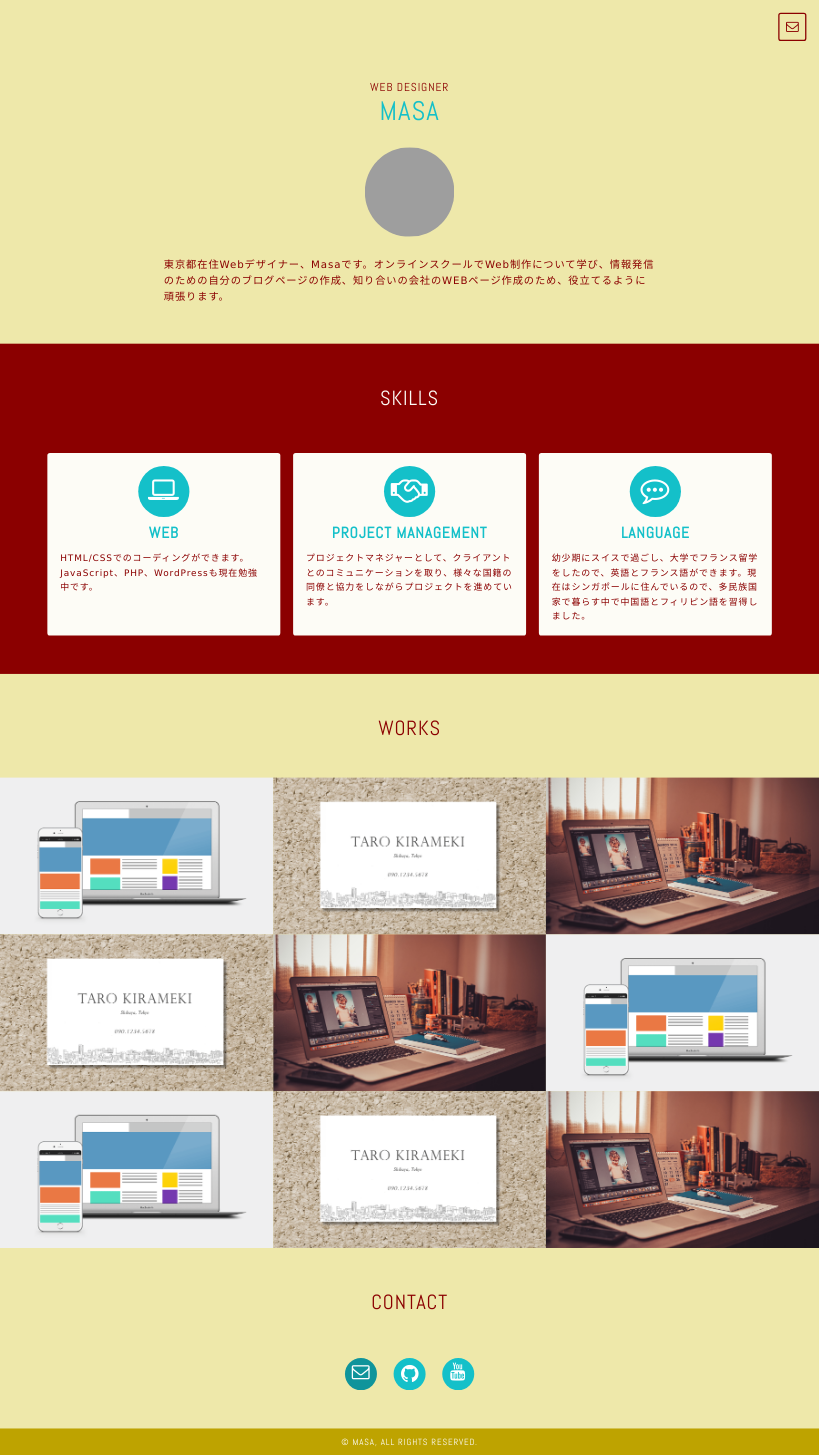
Repository: mochiai0908/maasa
Page: portofolio/index.html
The author's editor kept a record of every edit. The page is drawn from the files as they stood at one moment, then again after the next edit.
The browser window is 1280 px wide. The pictures show the whole page, at 64% of full size.
The pointer rests on the first visible `#contact ul a`.
Pictures or frames that could not be fetched are drawn as grey boxes. Some web libraries are served in a nearby version.

Above is the page before.

After the next edit:
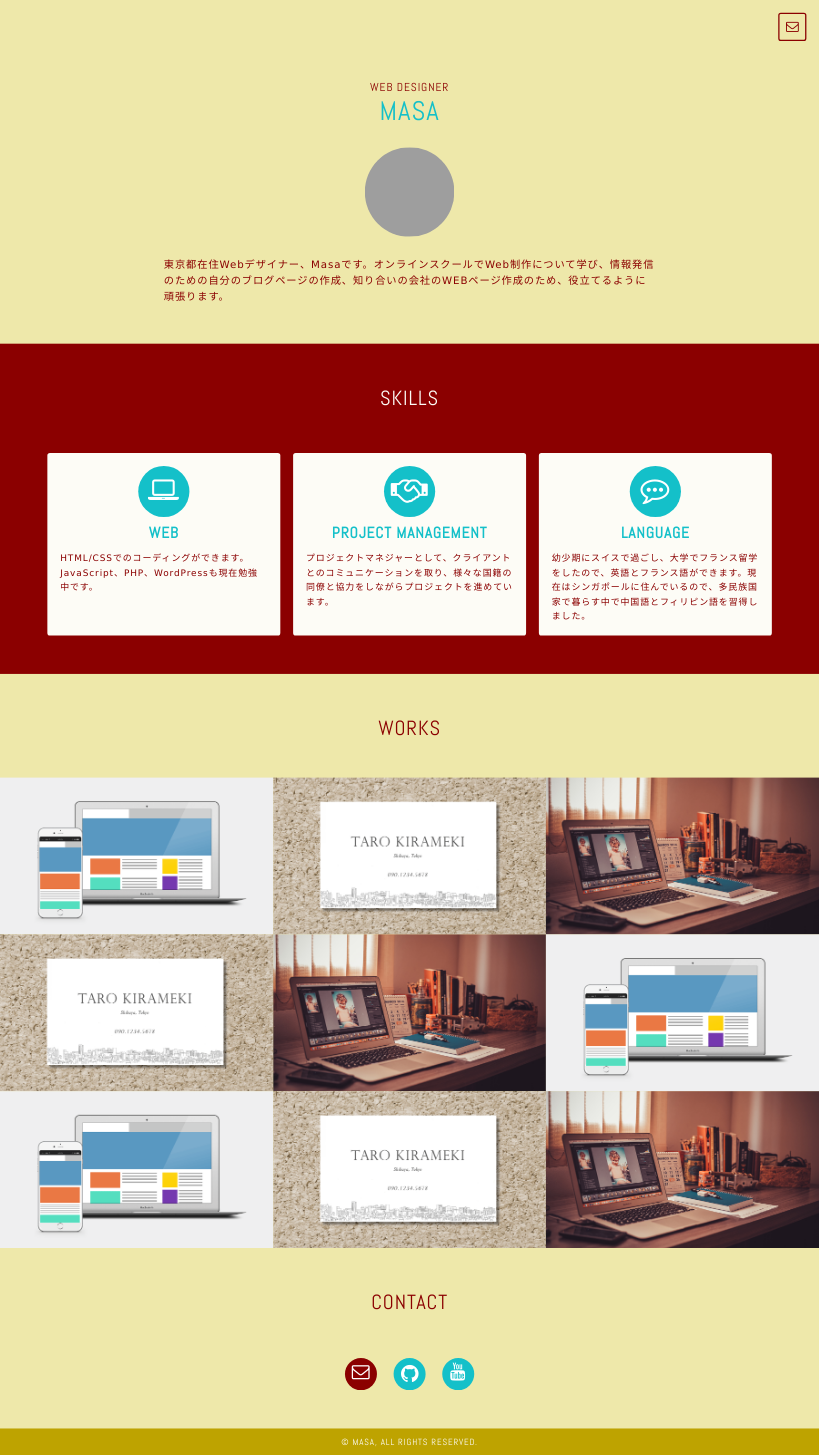
The edit:
--- a/portofolio/css/style.css
+++ b/portofolio/css/style.css
@@ -324,7 +324,7 @@
 }
 #contact ul a:hover
 {
-    background-color: #0f949b;
+    background-color: #8b0000;
 }
 footer
 {
